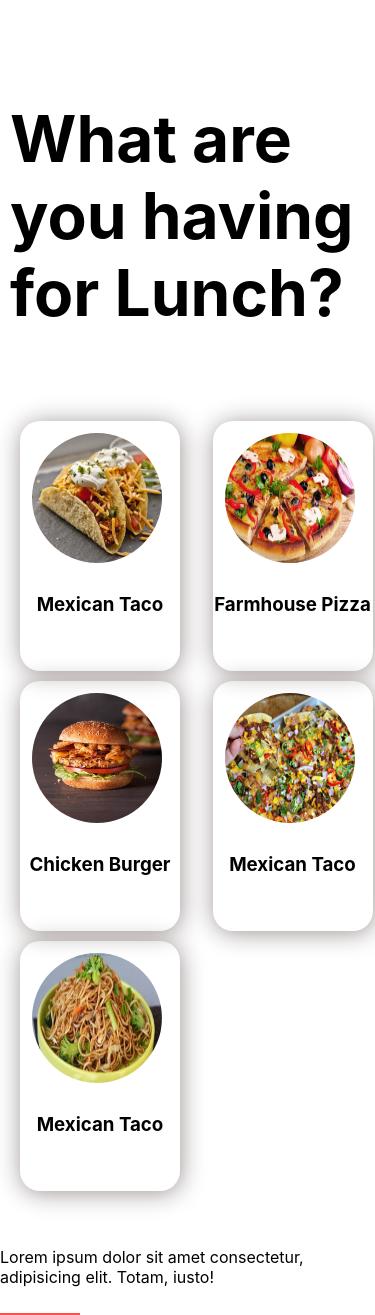
Repository: Marlstergo/assignment2
Page: /
The author's editor kept a copy of each file at every save. The page is drawn from the files as they stood at one save, then again after the next save.
The browser window is 375 px wide. The pictures show the whole page.
The project was rebuilt for these pictures with package versions that can differ from the ones it lists, and the page was loaded fresh each time.

Above is the page before, as saved 2021-07-28 15:33:49.

After the next save:
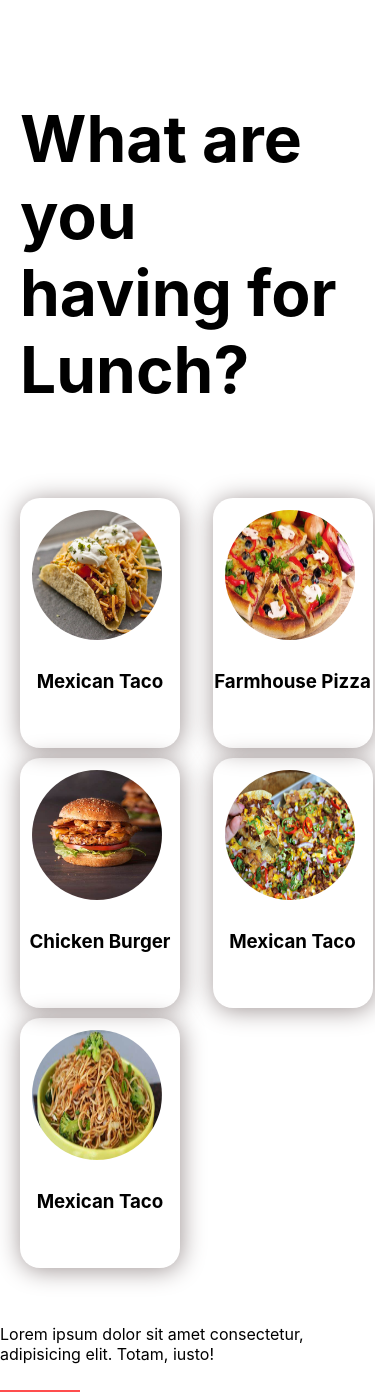
Saved 5 s later.
--- a/src/App.css
+++ b/src/App.css
@@ -185,7 +185,7 @@ img {
   }
   .hero {
     display: block;
-    padding: 0 10px;
+    padding: 0 20px;
   }
   .paragraph {
     display: none;
